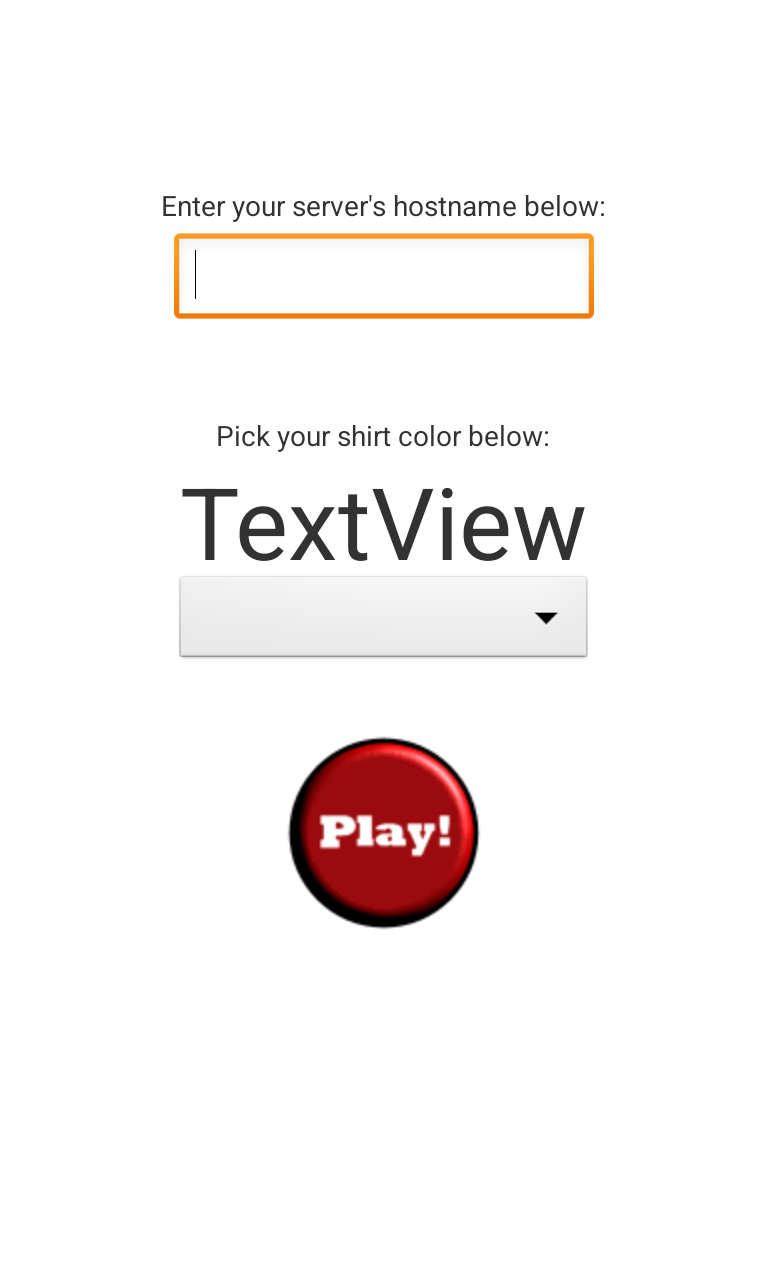
Repository: jesseanderson/GoatsWithoutHats
Layout: android/GoatsWithoutHats/res/layout/activity_new_game.xml
An editor plug-in stored every save of this project. The layout is shown before and after the next save, followed by the edit.
It is drawn on a 768 x 1280 px phone screen (xhdpi) without system bars, with theme android:Theme.Light.NoTitleBar.Fullscreen; the app's code is not run.

Above is the layout before, as saved 2014-09-13 07:44:40.

After the next save:
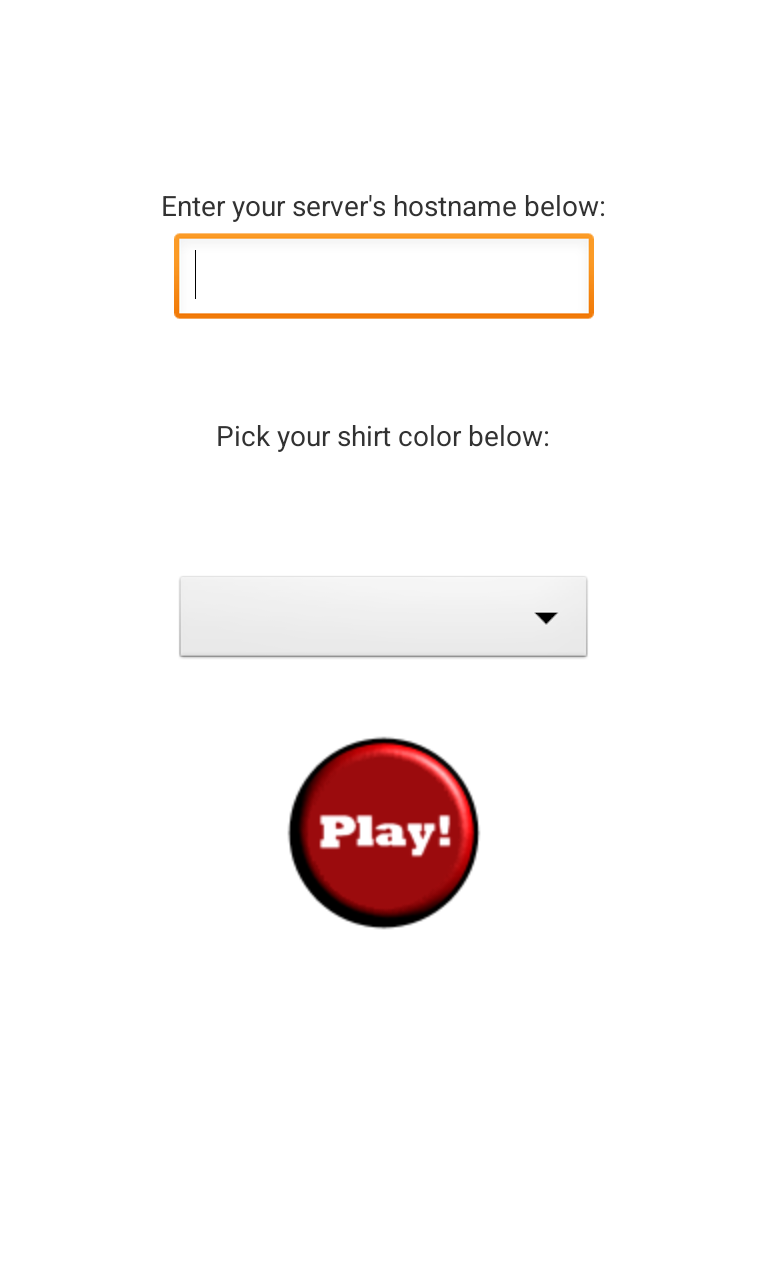
Saved 17 min 52 s later.
--- a/android/GoatsWithoutHats/res/layout/activity_new_game.xml
+++ b/android/GoatsWithoutHats/res/layout/activity_new_game.xml
@@ -77,6 +77,7 @@
         android:layout_below="@+id/colortextview"
         android:layout_centerHorizontal="true"
         android:text="TextView"
-        android:textSize="50sp" />
+        android:textSize="50sp"
+        android:visibility="invisible" />
 
 </RelativeLayout>
